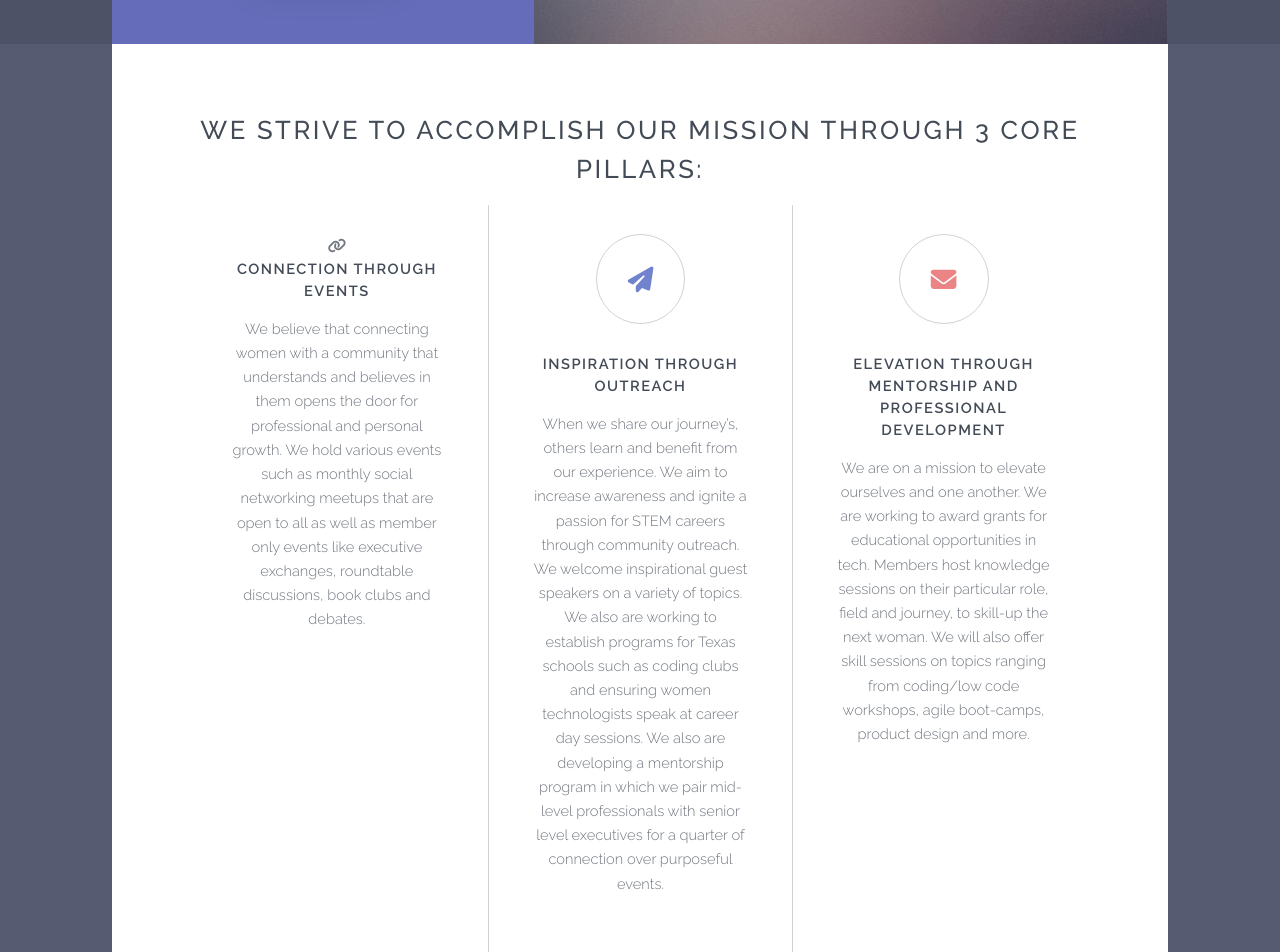
Repository: Roshanell/Houston-women-in-tech
Page: index.html
An editor plug-in stored every save of this project. The page is shown before and after the next save, followed by the edit.
The browser window is 1280 px wide. The pictures show the part of the page from y = 465 to 1417 px (the page is 3534 px tall).
Pictures or frames that could not be fetched are drawn as grey boxes. Some web libraries are served in a nearby version.

Above is the page before, as saved 2022-12-11 20:40:19.

### index.html
<!DOCTYPE HTML>

<html>

	<head>
		<title>Texas Women In Tech</title>
		<meta charset="utf-8" />
		<meta name="viewport" content="width=device-width, initial-scale=1, user-scalable=no" />
		<link rel="stylesheet" href="assets/css/main.css" />
		<script src="https://kit.fontawesome.com/48e7997292.js" crossorigin="anonymous"></script>
	</head>

	<body class="is-preload">

		<!-- Page Wrapper -->
		<div id="page-wrapper">

			<!-- Wrapper -->
			<div class="wrapper">
				<div class="inner">

					<!-- Header -->
					<header id="header">
						<a href="index.html" class="logo">Altitude <span>by Pixelarity</span></a>
						<nav>
							<ul>
								<li><a href="#menu">Menu</a></li>
							</ul>
						</nav>
					</header>

					<!-- Nav -->
					<nav id="menu">
						<ul class="links">
							<li><a href="index.html">Home</a></li>
							<li><a href="generic.html">Generic</a></li>
							<li><a href="elements.html">Elements</a></li>
						</ul>
						<ul class="actions stacked">
							<li><a href="#" class="button primary fit">Sign Up</a></li>
							<li><a href="#" class="button fit">Log In</a></li>
						</ul>
					</nav>

					<!-- Banner -->
					<section id="banner">
						<div class="items">
							<section class="accent2">
								<h1>Our Mission</h1>
								<p>Texas Women in Tech is on a mission to empower women and contribute to sustainability in Texas, by
									investing in the skills of women in technology.
									<br>
									We are a volunteer run organization of Texas women in technology that desire meaningful connections
									with other women in tech, that are seeking to inspire and be inspired, and who are interested in
									elevating ourselves and each other.
								</p>
								<ul class="actions special">
									<li><a href="#" class="button primary">Join Our Cause</a></li>
								</ul>
							</section>
							<!-- <section class="accent3">
								<h1>Amet magna</h1>
								<p>Fusce lancinia ipsum feugiat dolor sed matis tempus sed nullam</p>
								<ul class="actions special">
									<li><a href="#" class="button primary">More</a></li>
								</ul>
							</section> -->
						</div>
						<div class="slider">
							<article>
								<img src="https://i.imgur.com/zqyubR5.png" alt="" data-position="bottom right" />
							</article>
							<article>
								<img src="images/pic02.jpg" alt="" data-position="bottom right" />
							</article>
							<article>
								<img src="images/pic03.jpg" alt="" data-position="top left" />
							</article>
						</div>
					</section>

				</div>
			</div>

			<!-- Wrapper -->
			<div class="wrapper">
				<div class="inner">

					<!-- Section -->
					<section class="main">
						<header class="major">
							<h2>We strive to accomplish our mission through 3 core pillars:</h2>
						</header>
						<div class="features">
							<section>
								<span class="fa-solid fa-link major accent2"></span>
								<h3>Connection through events</h3>
								<p>We believe that connecting women with a community that understands and believes in them opens the
									door for professional and personal growth. We hold various events such as monthly social networking
									meetups that are open to all as well as member only events like executive exchanges, roundtable
									discussions, book clubs and debates.</p>
							</section>
							<section>
								<span class="icon solid fa-paper-plane major accent3"></span>
								<h3>Inspiration through Outreach</h3>
								<p>When we share our journey’s, others learn and benefit from our experience. We aim to increase
									awareness and ignite a passion for STEM careers through community outreach. We welcome inspirational
									guest speakers on a variety of topics. We also are working to establish programs for Texas schools
									such as coding clubs and ensuring women technologists speak at career day sessions. We also are
									developing a mentorship program in which we pair mid-level professionals with senior level executives
									for a quarter of connection over purposeful events.</p>
							</section>
							<section>
								<span class="icon solid fa-envelope major accent4"></span>
								<h3>Elevation through Mentorship and Professional Development </h3>
								<p>We are on a mission to elevate ourselves and one another. We are working to award grants for
									educational opportunities in tech. Members host knowledge sessions on their particular role, field and
									journey, to skill-up the next woman. We will also offer skill sessions on topics ranging from
									coding/low code workshops, agile boot-camps, product design and more.

								</p>
							</section>
						</div>
					</section>

					<!-- Section -->
					<!-- <section class="carousel accent4">
						<article>
							<div class="image"><img src="images/pic04.jpg" alt="" data-position="center" /></div>
							<div class="content">
								<h3>Magna tempus</h3>
								<p>Adipiscing ullamcorper semper ut amet ac risus. Lorem sapien ut odio odio nunc. Ac adipiscing nibh
									porttitor erat risus justo adipiscing adipiscing amet placerat.</p>
							</div>
						</article>
						<article>
							<div class="image"><img src="images/pic05.jpg" alt="" data-position="center" /></div>
							<div class="content">
								<h3>Consequat ipsum</h3>
								<p>Sapien a lorem in integer ornare praesent commodo adipiscing arcu in massa commodo lorem accumsan at
									odio massa ac ac. Semper adipiscing varius accumsan.</p>
							</div>
						</article>
						<article>
							<div class="image"><img src="images/pic06.jpg" alt="" data-position="center" /></div>
							<div class="content">
								<h3>Magna tempus</h3>
								<p>Volutpat eu sed ante lacinia sapien lorem accumsan varius montes viverra nibh in adipiscing blandit
									tempus accumsan lorem ipsum dolor sit amet nullam aliquam.</p>
							</div>
						</article>
						<nav>
							<a href="#" class="previous"><span class="label">Previous</span></a>
							<a href="#" class="next"><span class="label">Next</span></a>
						</nav>
					</section> -->

					<!-- Section -->
					<section class="main">
						<header class="major">
							<h2>Get Involved</h2>
							<!-- <p>Lorem ipsum dolor sit amet</p> -->
						</header>
						<div class="spotlights">
							<article>
								<div class="image"><img src="images/pic07.jpg" alt="" data-position="center" /></div>
								<div class="content">
									<h3>Membership</h3>
									<p>Join a community of Texas women in tech that get it. Members get exclusive access to member only
										events, newsletters, job postings and more.</p>
									<ul class="actions special">
										<li><a href="#" class="button primary">More</a></li>
									</ul>
								</div>
							</article>
							<article>
								<div class="image"><img src="images/pic08.jpg" alt="" data-position="center" /></div>
								<div class="content">
									<h3>Sponsorship</h3>
									<p>Corporate sponsorships are what supports our mission efforts to provide scholarship
										opportunities, professional development and events. </p>
									<ul class="actions special">
										<li><a href="#" class="button primary">More</a></li>
									</ul>
								</div>
							</article>
							<article>
								<div class="image"><img src="images/pic08.jpg" alt="" data-position="center" /></div>
								<div class="content">
									<h3>Volunteer</h3>
									<p>Our members are often looking for ways to give back to the community. We have a number of
										volunteer opportunities available. If you can commit as little as 1 hour per quarter- we need your
										help! Please consider volunteering to help us further our mission. </p>
									<ul class="actions special">
										<li><a href="#" class="button primary">More</a></li>
									</ul>
								</div>
							</article>
						</div>
					</section>

				</div>
			</div>

			<!-- Wrapper -->
			<div class="wrapper">
				<div class="inner">

					<!-- Section -->
					<section class="main accent2">
						<header class="major">
							<h2>Get notified</h2>
							<p>Lorem ipsum dolor sit amet nullam feugiat tempus</p>
						</header>
						<form method="post" action="#" class="combined">
							<input type="email" name="email" id="email" placeholder="Email address" class="invert" />
							<input type="submit" class="primary" value="Sign Up" />
						</form>
					</section>

					<!-- Footer -->
					<footer id="footer">
						<section class="links">
							<div>
								<h3>Magna</h3>
								<ul class="plain">
									<li><a href="#">Aliquam tempus</a></li>
									<li><a href="#">Ultrecies nul</a></li>
									<li><a href="#">Gravida ultricies</a></li>
									<li><a href="#">Commodo etiam</a></li>
								</ul>
							</div>
							<div>
								<h3>Feugiat</h3>
								<ul class="plain">
									<li><a href="#">Morbi sem lorem</a></li>
									<li><a href="#">Praes sed dapi</a></li>
									<li><a href="#">Sed adipis nullam</a></li>
									<li><a href="#">Fus dolor lacinia</a></li>
								</ul>
							</div>
							<div>
								<h3>Tempus</h3>
								<ul class="plain">
									<li><a href="#">Donecnec etiam</a></li>
									<li><a href="#">Aapibus sedun</a></li>
									<li><a href="#">Namnulla tempus</a></li>
									<li><a href="#">Morbi set amet</a></li>
								</ul>
							</div>
							<div>
								<h3>Aliquam</h3>
								<ul class="plain">
									<li><a href="#">Lorem prasent dia</a></li>
									<li><a href="#">Nellentes ipsum</a></li>
									<li><a href="#">Diamsed arcu dolor</a></li>
									<li><a href="#">Sit amet cursus</a></li>
								</ul>
							</div>
						</section>
						<ul class="contact-icons">
							<li class="icon solid fa-home">1234 Fictional Street #5432 Nashville, TN 00000-0000</li>
							<li class="icon solid fa-phone"><a href="#">(000) 000-0000</a></li>
							<li class="icon solid fa-envelope"><a href="#">info@untitled.tld</a></li>
						</ul>
						<p class="copyright">&copy; Untitled. All rights reserved.</p>
					</footer>

				</div>
			</div>

		</div>

		<!-- Scripts -->
		<script src="assets/js/jquery.min.js"></script>
		<script src="assets/js/browser.min.js"></script>
		<script src="assets/js/breakpoints.min.js"></script>
		<script src="assets/js/util.js"></script>
		<script src="assets/js/main.js"></script>

	</body>

</html>

Loaded but not shown: assets/css/fontawesome-all.min.css (library); assets/js/jquery.min.js (library); assets/js/browser.min.js (common file); assets/js/breakpoints.min.js (common file); assets/js/util.js (587 lines, source omitted); assets/js/main.js (337 lines, source omitted); assets/css/main.css (5511 lines, source omitted)

After the next save:
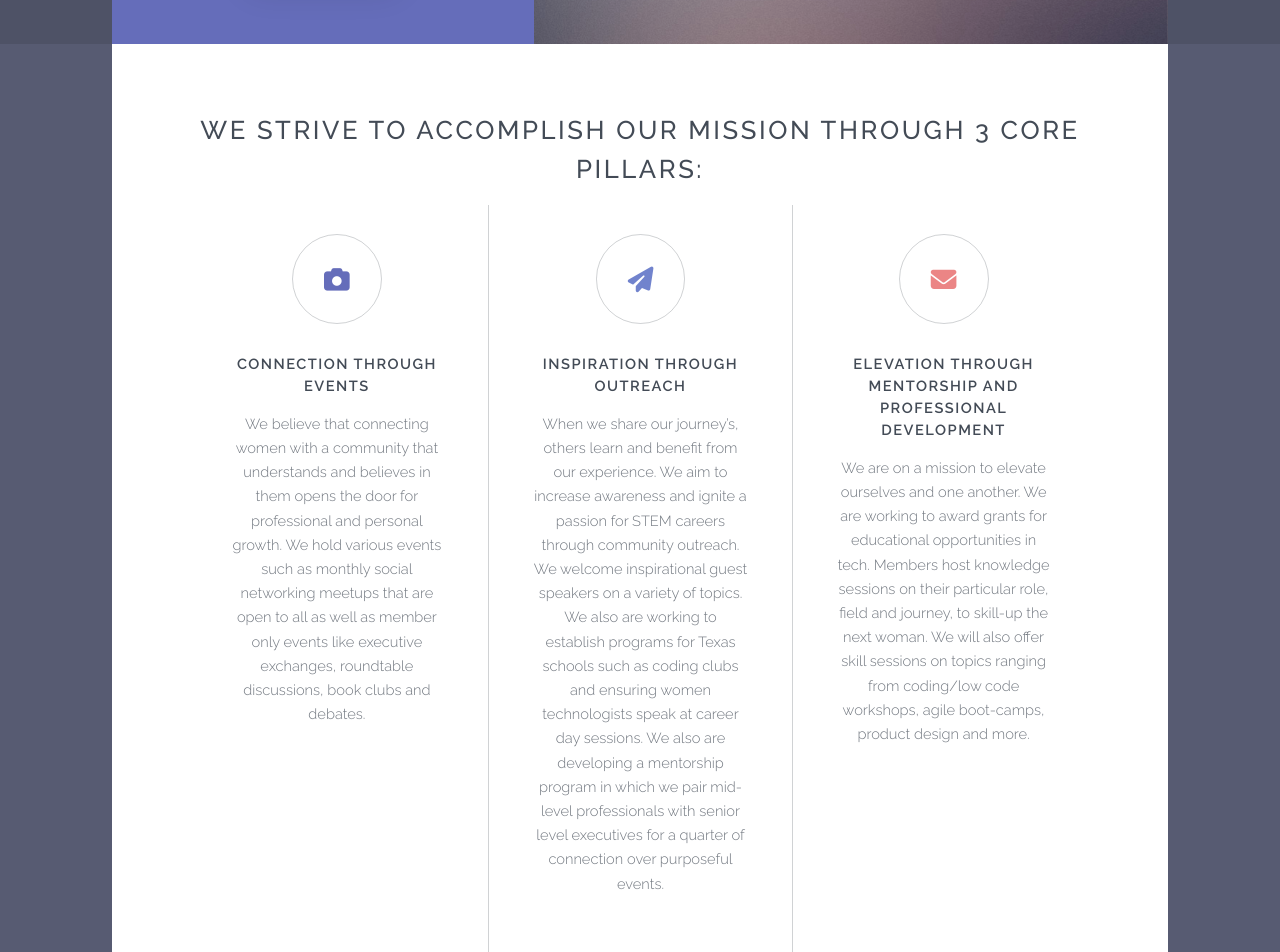
Saved 20 s later.
--- a/index.html
+++ b/index.html
@@ -93,7 +93,7 @@
 						</header>
 						<div class="features">
 							<section>
-								<span class="fa-solid fa-link major accent2"></span>
+								<span class="icon solid fa-camera major accent2"></span>
 								<h3>Connection through events</h3>
 								<p>We believe that connecting women with a community that understands and believes in them opens the
 									door for professional and personal growth. We hold various events such as monthly social networking
